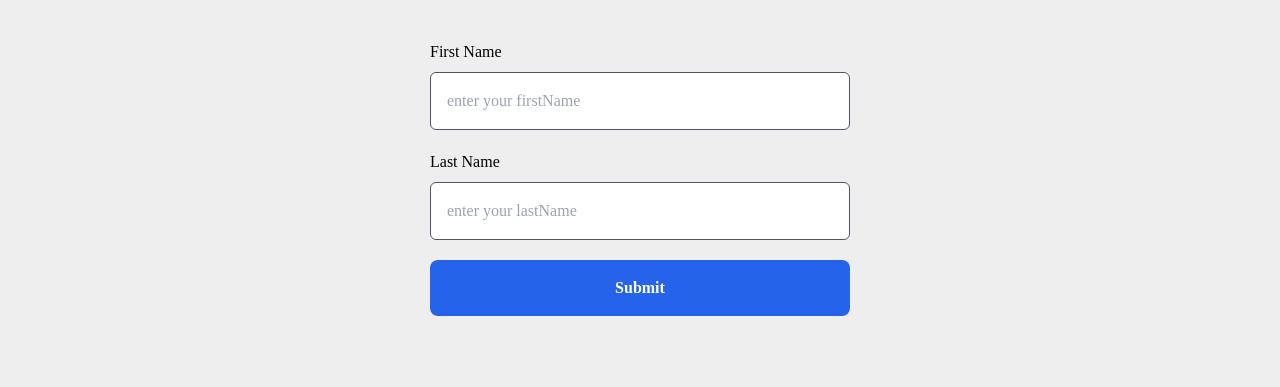
Repository: 16-Doffy/Fe-Khhoahoc
Page: /
An editor plug-in stored every save of this project. The page is shown before and after a run of saves, followed by the edit.
The browser window is 1280 px wide. The pictures show the whole page.
The project was rebuilt for these pictures with package versions that can differ from the ones it lists, and the page was loaded fresh each time. Also part of the build but not shown: src/App.css.

Above is the page before, as saved 2025-02-11 19:48:29.

### src/index.js
import React from 'react';
import ReactDOM from 'react-dom/client';
import './index.css';
import App from './App';
import reportWebVitals from './reportWebVitals';
import "./index.scss"
const root = ReactDOM.createRoot(document.getElementById('root'));
root.render(
  <React.StrictMode>
    <App />
  </React.StrictMode>
);

// If you want to start measuring performance in your app, pass a function
// to log results (for example: reportWebVitals(console.log))
// or send to an analytics endpoint. Learn more: https://bit.ly/CRA-vitals
reportWebVitals();

### src/App.js
import "./App.css";
import SignUpFormV2 from "./components/Form/SignUpFormV2";


function App() {
  return (
    <div>
      <SignUpFormV2 />
    </div>
  );
}

export default App;

//<CardList><Card2/>
// const theme = {
//   //wanna change color in the future come here to change
//   colors: {
//     blue: "#2979ff",
//   },
//   orange: "#ffa440",
// };
// {/* <ThemeProvider theme={theme}>
// <CardList>
// <Card2 secondary={true}></Card2>
// <Card2 secondary={false}></Card2>
// <Card2 secondary={true}></Card2>
// <Card2 secondary={false}></Card2>
// <Card2 secondary={true}></Card2>
//  </CardList>
// </ThemeProvider> */}

### src/index.scss
@tailwind base;
@tailwind components;
@tailwind utilities;

@layer base {
    @import url("https://fonts.googleapis.com/css2?family=Poppins:ital,wght@0,100;0,200;0,300;0,400;0,500;0,600;0,700;0,800;0,900;1,100;1,200;1,300;1,400;1,500;1,600;1,700;1,800;1,900&display=swap");
    body{
        font-family: "Poppins", serif;
    }
}
.skeleton {
    background-color: #eee;
    background-image: linear-gradient(110deg, #ececec, 8%,#f5f5f5, 18% , #ececec, 33%);
    border-radius: 5px;
    background-size: 200% 100%;
    animation:  1.5 shine linear infinite;
}
@keyframes shine {
    to {
        background-position-x:-200% ;
    }
}

### src/components/Form/SignUpFormV2.js
import React from "react";
import { Formik, Form, Field, ErrorMessage } from "formik";
import * as Yup from "yup";

const SignUpFormV2 = () => {
  return (
    <Formik
      initialValues={{
        firstName: "",
        lastName: "",
      }}
      validationSchema={Yup.object({
        firstName: Yup.string()
          .max(20, "Must be 20 characters or less")
          .required("Required"),
        lastName: Yup.string()
          .max(10, "Must be 10 characters or less")
          .required("Required"),
      })}
      onSubmit={(values) => {
        console.log("value", values);
      }}>

      <Form className="p-10 w-full max-w-[500px] mx-auto">
        <div className="flex flex-col gap-2 mb-5">
          <label htmlFor="firstName">First Name</label>
          <input
            type="text"
            id="firstName"
            placeholder="enter your firstName"
            className="p-4 rounded-md border border-gray-600"
          />
        </div>

        <div className="flex flex-col gap-2 mb-5">
          <label htmlFor="lastName">Last Name</label>
          <input
            type="text"
            id="lastName"
            placeholder="enter your lastName"
            className="p-4 rounded-md border border-gray-600"
          />
        </div>

        <div>
          <button
            type="submit"
            className="w-full p-4 bg-blue-600 text-white font-semibold rounded-lg"
          >
            Submit
          </button>
        </div>
      </Form>
    </Formik>
  );
};

export default SignUpFormV2;

### tailwind.config.js
/** @type {import('tailwindcss').Config} */
module.exports = {
  mode: "jit",
  content: ["./src/**/*.{html,js}"],
  theme: {
    extend: {
      backgroundImage: {
        'radiant': `linear-gradient(0.25turn, #3f87a6, #ebf8e1, #f69d3c)`,
        'footer-texture': "url('/img/footer-texture.png')", // Sửa ở đây
        'secondary-radiant': `linear-gradient(#e66465, #9198e5)`,
      },
    },
  },
  plugins: [],
}

Loaded but not shown: public/index.html (common file); src/index.css (common file); src/reportWebVitals.js (common file)

After the next 2 saves:
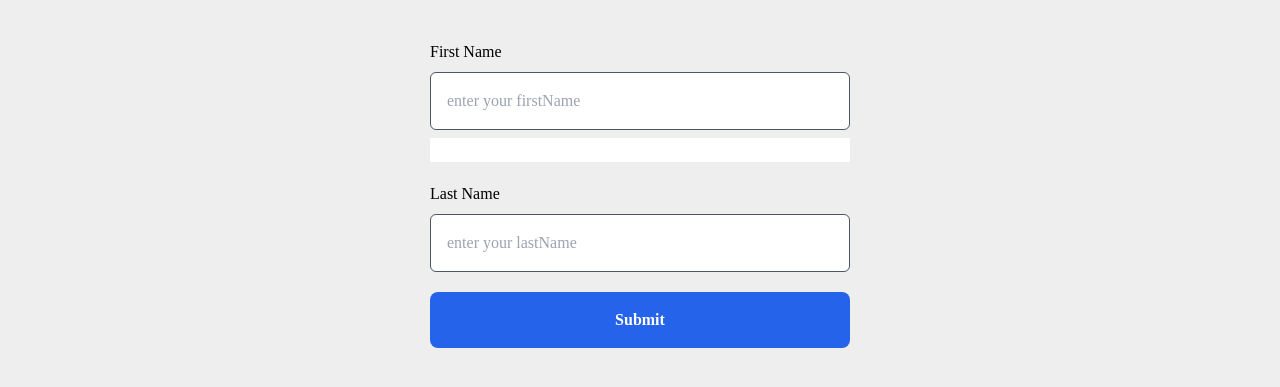
The 2 saves are shown as one change because 1 did not build or start.
The last was saved 100 s later.
--- a/src/components/Form/SignUpFormV2.js
+++ b/src/components/Form/SignUpFormV2.js
@@ -24,11 +24,17 @@
       <Form className="p-10 w-full max-w-[500px] mx-auto">
         <div className="flex flex-col gap-2 mb-5">
           <label htmlFor="firstName">First Name</label>
+          <Field
+          name="firstName"
+          type="text"
+          placeholder="enter your firstName"
+            className="p-4 rounded-md border border-gray-600"
+            >
+           </Field>
           <input
             type="text"
             id="firstName"
-            placeholder="enter your firstName"
-            className="p-4 rounded-md border border-gray-600"
+
           />
         </div>
 

After the save that followed:
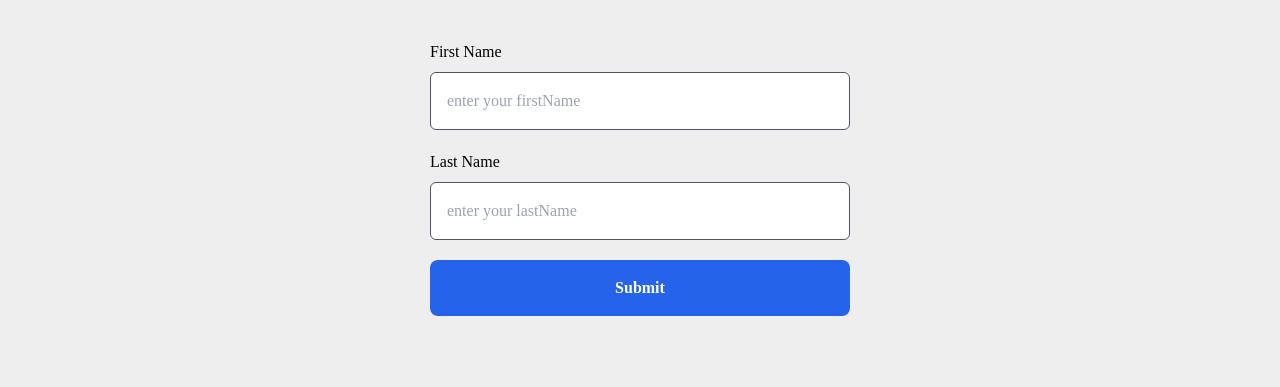
Saved 87 s later.
--- a/src/components/Form/SignUpFormV2.js
+++ b/src/components/Form/SignUpFormV2.js
@@ -31,21 +31,18 @@
             className="p-4 rounded-md border border-gray-600"
             >
            </Field>
-          <input
-            type="text"
-            id="firstName"
 
-          />
         </div>
 
         <div className="flex flex-col gap-2 mb-5">
           <label htmlFor="lastName">Last Name</label>
-          <input
-            type="text"
-            id="lastName"
-            placeholder="enter your lastName"
+          <Field
+          name="lastName"
+          type="text"
+          placeholder="enter your lastName"
             className="p-4 rounded-md border border-gray-600"
-          />
+            >
+           </Field>
         </div>
 
         <div>
